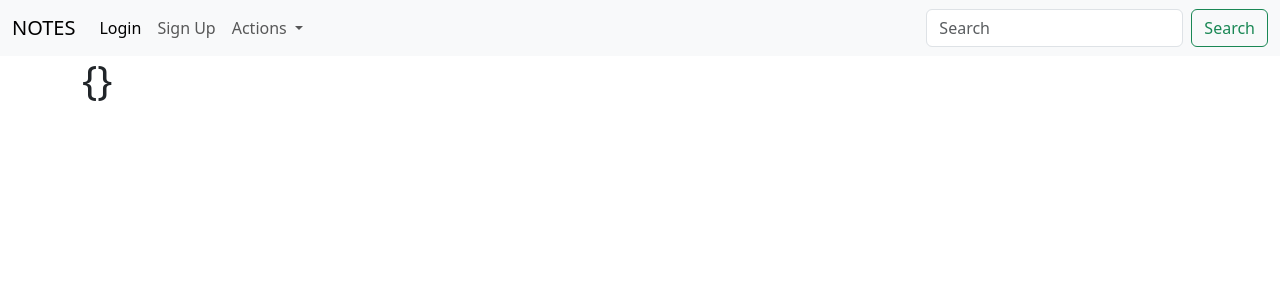
Repository: Qu4ntumGuy/flask-notes
Page: http://localhost/
The author's editor kept a copy of each file at every save. The page is drawn from the files as they stood at one save, then again after the next save.
The browser window is 1280 px wide. The pictures show the whole page.
The page is served by the project's application, run on Flask 3 (website/__init__.py).

Above is the page before, as saved 2024-05-30 19:12:33.

After the next save:
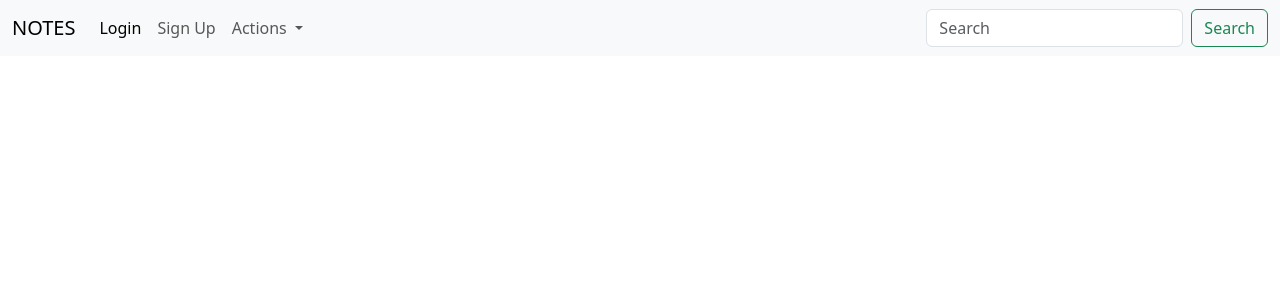
Saved 16 s later.
--- a/website/templates/home.html
+++ b/website/templates/home.html
@@ -1,5 +1,5 @@
 {%extends "index.html" %} {% block title %}  {{title}} {% endblock %}
 
 {% block content %}
-<h1>{}</h1>
+<form></form>
 {% endblock %}
